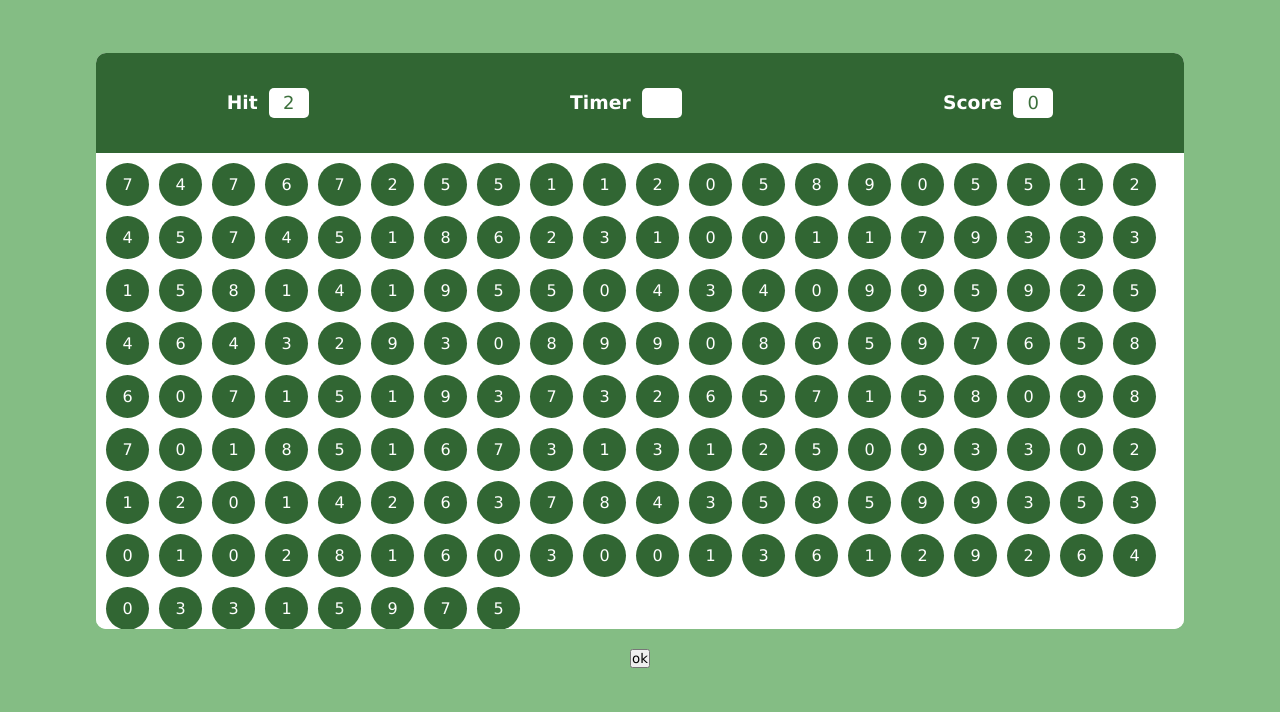
Repository: ketansharma22/BubbleGame
Page: index.html
These files come from the project's save history. The page is drawn as it stood at one moment and after the next save; the edit follows.
The browser window is 1280 px wide. The pictures show the whole page.

Above is the page before, as saved 2024-02-19 00:00:55.

After the next save:
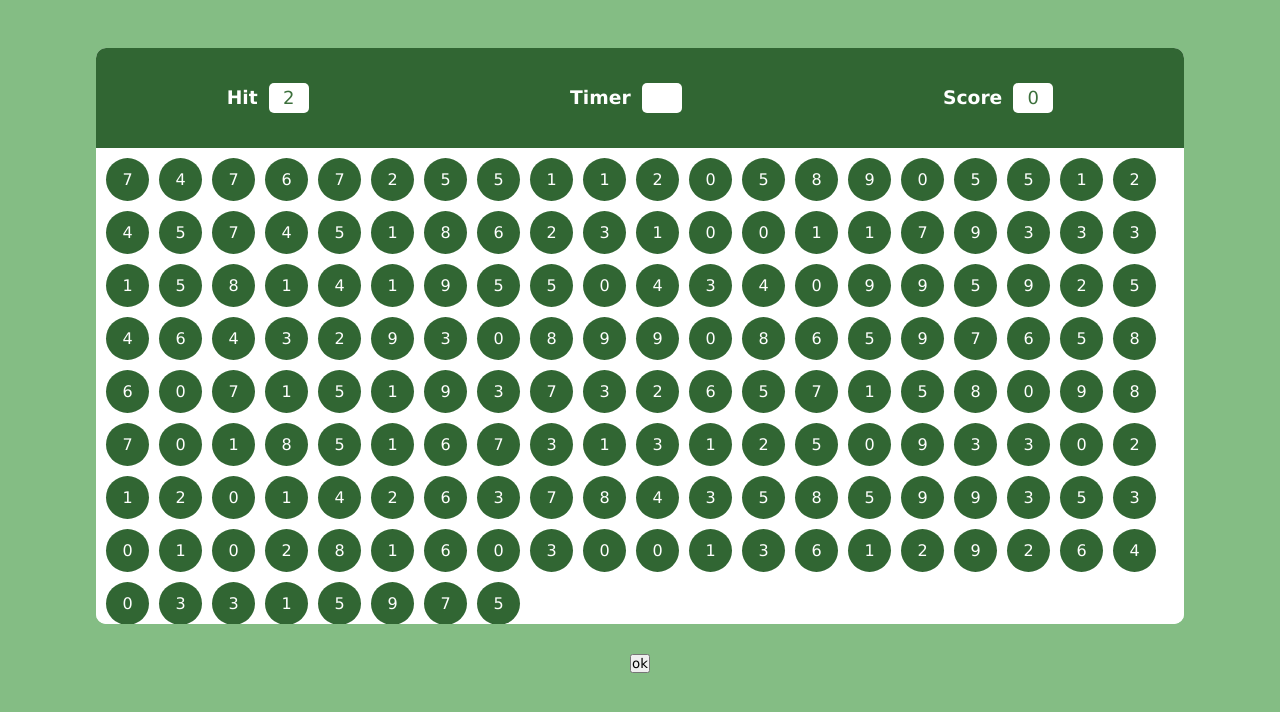
Saved 6 s later.
--- a/styles.css
+++ b/styles.css
@@ -12,7 +12,7 @@ html,body{
     display: flex;
     justify-content: center;
     flex-direction: column;
-    gap: 20px;
+    gap: 30px;
     align-items: center;
     width: 100%;
     height: 100%;
